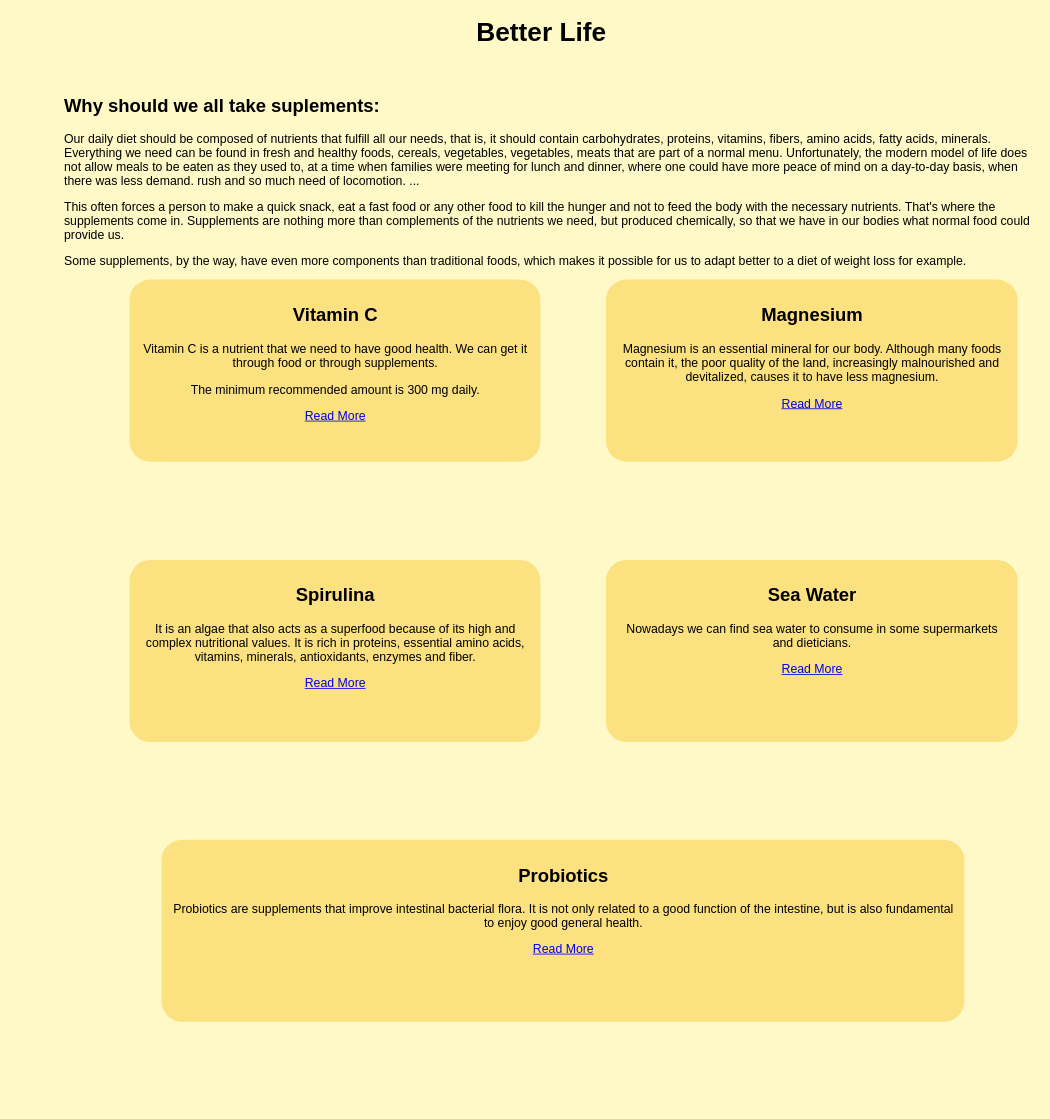
Repository: DSerenoG/Assessment2
Page: index.html
The author's editor kept a record of every edit. The page is drawn from the files as they stood at one moment, then again after the next edit.
The browser window is 1280 px wide. The pictures show the whole page, at 82% of full size.

Above is the page before.

### index.html
<!DOCTYPE html>
<html lang="en">
<head>
    <meta charset="UTF-8">
    <meta name="viewport" content="width=device-width, initial-scale=1.0">
    <meta http-equiv="X-UA-Compatible" content="ie=edge">
    <link rel="stylesheet" href="css/main.css" type="text/css" />
    <title>Document</title>
</head>
<body>


    <div id = "head">
        <ul>
             <h1>Better Life</h1>
        </ul>
    </div>

    <div id ="main_section">

        <reason style="width:40%">
            <h2>Why should we all take suplements: </h2>
            <p>Our daily diet should be composed of nutrients that fulfill all our needs, that is, it should contain carbohydrates, proteins, vitamins, fibers, amino acids, fatty acids, minerals. Everything we need can be found in fresh and healthy foods, cereals, vegetables, vegetables, meats that are part of a normal menu.
            Unfortunately, the modern model of life does not allow meals to be eaten as they used to, at a time when families were meeting for lunch and dinner, where one could have more peace of mind on a day-to-day basis, when there was less demand. rush and so much need of locomotion. <span id="dots">...</span><span id="more">
            <p>This often forces a person to make a quick snack, eat a fast food or any other food to kill the hunger and not to feed the body with the necessary nutrients.
            That's where the supplements come in. Supplements are nothing more than complements of the nutrients we need, but produced chemically, so that we have in our bodies what normal food could provide us.
            <p>Some supplements, by the way, have even more components than traditional foods, which makes it possible for us to adapt better to a diet of weight loss for example.
           </span> </p>

        </reason>

        <suplement1  id="boxes">
            <h2>Vitamin C</h2>
            <p>Vitamin C is a nutrient that we need to have good health. We can get it through food or through supplements.</p>
            <p>The minimum recommended amount is 300 mg daily.</p>
            <a href="suplement_1.html">Read More</a>
        </suplement1>

        <suplement2  id="boxes">
            <h2>Magnesium</h2>
            <p>Magnesium is an essential mineral for our body. Although many foods contain it, the poor quality of the land, increasingly malnourished and devitalized, causes it to have less magnesium.</p>
            <a href="suplement_2.html">Read More</a>

        </suplement2>

        <suplement3  id="boxes">
            <h2>Spirulina</h2>
            <p>It is an algae that also acts as a superfood because of its high and complex nutritional values. It is rich in proteins, essential amino acids, vitamins, minerals, antioxidants, enzymes and fiber.</p>
             <a href="suplement_3.html">Read More</a>
        </suplement3>

        <suplement4 id="boxes">
            <h2>Sea Water</h2>
            <p>Nowadays we can find sea water to consume in some supermarkets and dieticians. </p>
            <a href="suplement_4.html">Read More</a>
        </suplement4>

        <suplement5 style="width:80%" >
            <h2>Probiotics</h2>
            <p>Probiotics are supplements that improve intestinal bacterial flora. It is not only related to a good function of the intestine, but is also fundamental to enjoy good general health.</p>
            <a href="suplement_5.html">Read More</a>
        </suplement5>

        <script type="text/javascript">
       function myFunction() {
  var dots = document.getElementById("dots");
  var moreText = document.getElementById("more");
  var btnText = document.getElementById("myBtn");

  if (dots.style.display === "none") {
    dots.style.display = "inline";
    btnText.innerHTML = "Read more";
    moreText.style.display = "none";
  } else {
    dots.style.display = "none";
    btnText.innerHTML = "Read less";
    moreText.style.display = "inline";
  }
}
        </script>

    </div>
</body>
</html>

### css/main.css
#head{
    text-align: center;
    margin-bottom: 1%;
    font-family: arial;
}

body{
    background-color:#FEF9C7;
}

#main_section{
    font-size: 15px;
    font-family: arial;
    margin-left: 70px;
}

reason{
    margin-bottom: 3%;
    padding: 1%;
}


suplement5{
    margin: auto;
    padding:1%;
    text-align: center;
    font-size: 15px;
    float: left;
    margin-left: 10%;
    margin-right: -50%;
    margin-bottom: 10%;
    background-color:#FCE181;
    height: 25ex;
    font-family: arial;
     border-radius:25px;
}

#boxes{
    width: 40%;
    background-color:#FCE181;
    padding: 1%;
    text-align:center;
    font-size: 15px;
    float: left;
    margin-left: 80px;
    margin-bottom: 10%;
    height: 25ex;
    font-family: arial;
    border-radius:25px;

}

#b1{
    width: 40%;
    background-color:#FCE181;
    padding: 1%;
    text-align:center;
    font-size: 15px;
    float: left;

    margin-top: 1.5%;
    margin-left: 80px;
    margin-bottom: 10%;
    height: 25ex;
    font-family: arial;
    border-radius:25px;

}

#d1{
   width:90%;
    background-color:#FCE181;
    padding: 1%;
    text-align:center;
    font-size: 15px;
    float: left;
    margin-left: 3%;
    margin-bottom: 10%;
    height: auto;
    font-family: arial;
    border-radius:25px;
}

#text{
    width: 500px;
    margin:0px;
    display: inline-block;
    float:left;
}

#image{
    float:right;
    margin-right: 270px;
    margin-top: 80px;

}

#more {display: none;}


#p{
    padding-top: 300px;
    float: left;
    margin-left: 5%;
}

After the next edit:
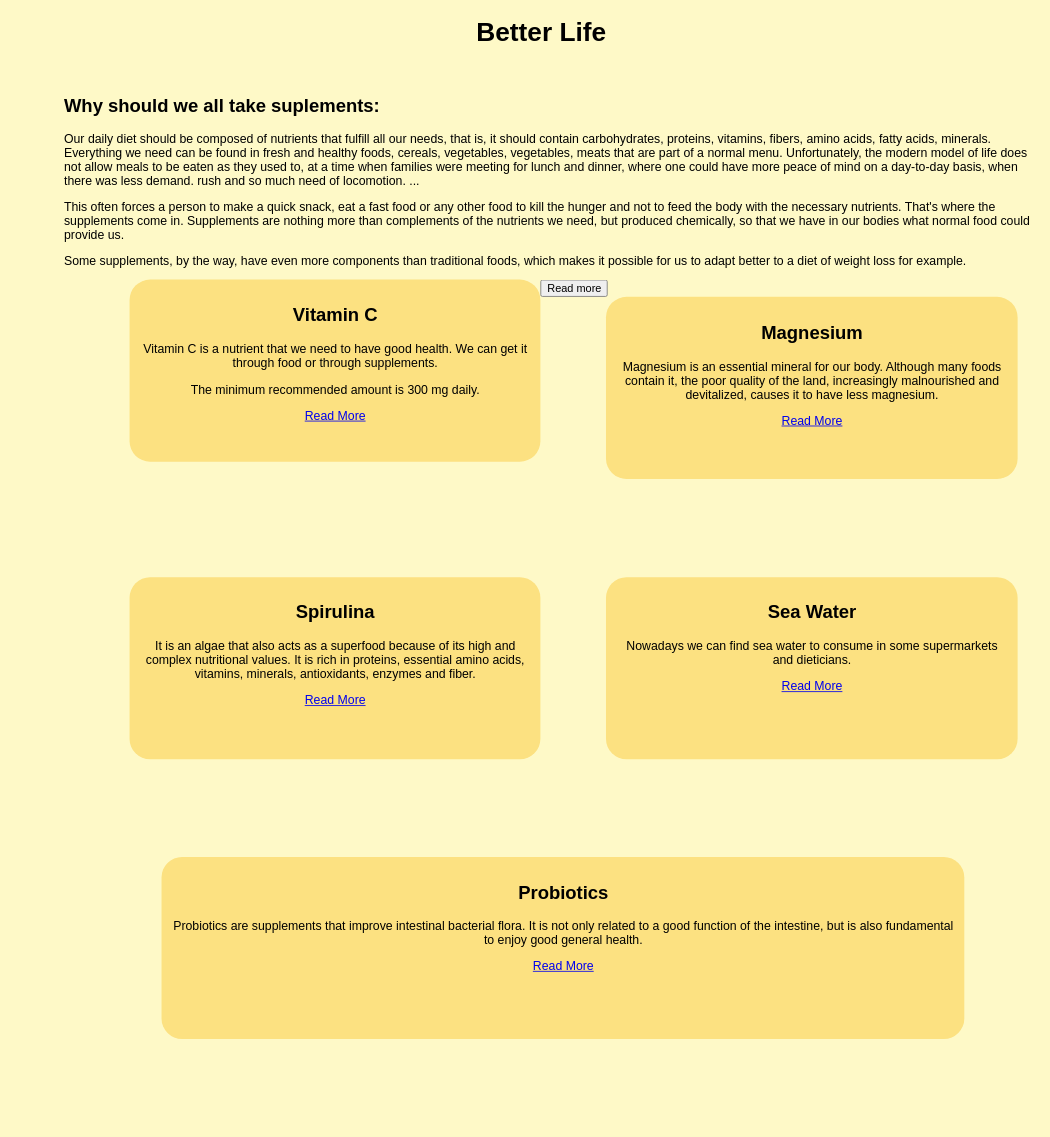
The edit:
--- a/index.html
+++ b/index.html
@@ -26,7 +26,7 @@
             That's where the supplements come in. Supplements are nothing more than complements of the nutrients we need, but produced chemically, so that we have in our bodies what normal food could provide us.
             <p>Some supplements, by the way, have even more components than traditional foods, which makes it possible for us to adapt better to a diet of weight loss for example.
            </span> </p>
-
+           <button onclick="myFunction()" id="myBtn">Read more</button>
         </reason>
 
         <suplement1  id="boxes">

After the 2 edits that followed:
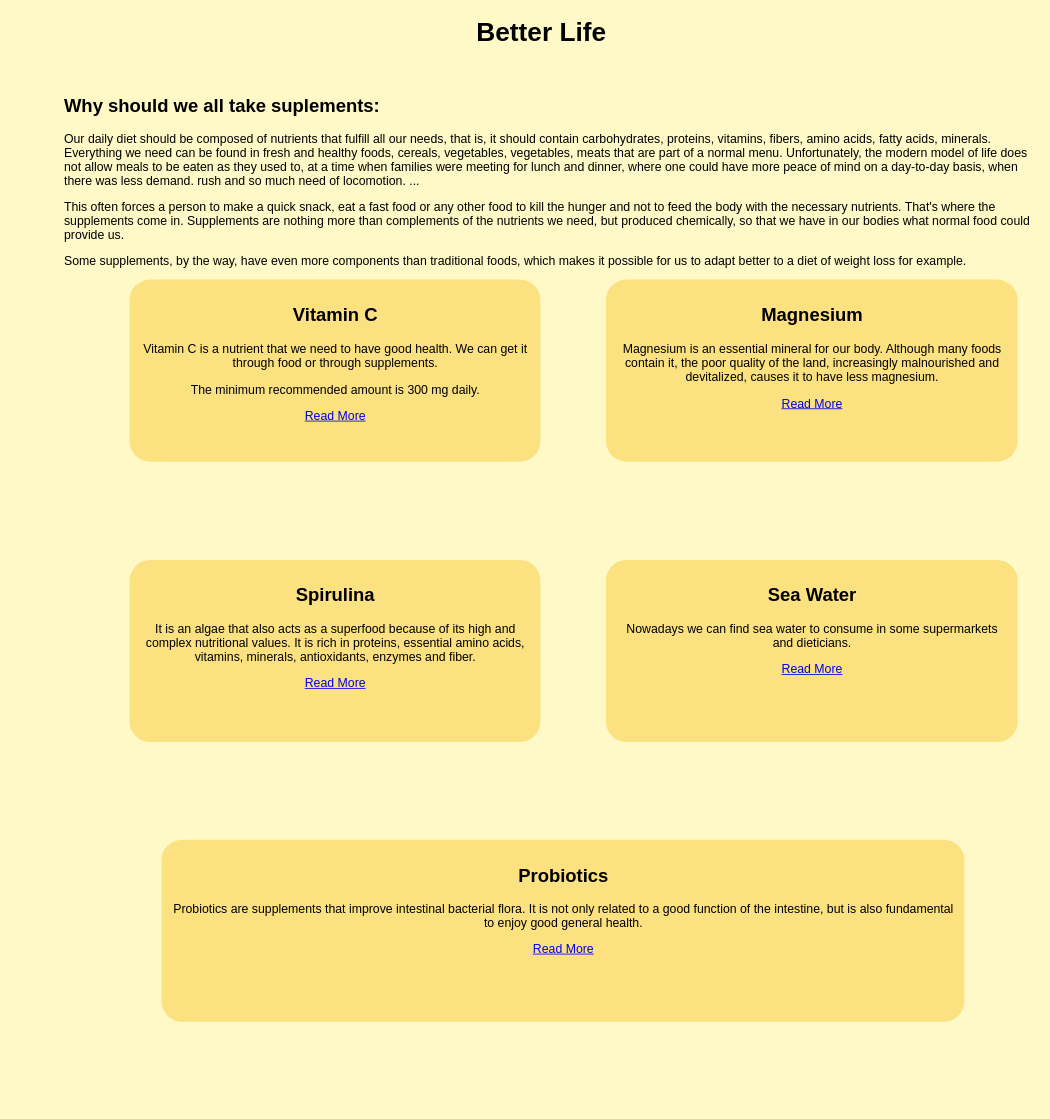
The 2 edits are shown as one change because 1 left the picture as it was.
The edit:
--- a/index.html
+++ b/index.html
@@ -26,7 +26,7 @@
             That's where the supplements come in. Supplements are nothing more than complements of the nutrients we need, but produced chemically, so that we have in our bodies what normal food could provide us.
             <p>Some supplements, by the way, have even more components than traditional foods, which makes it possible for us to adapt better to a diet of weight loss for example.
            </span> </p>
-           <button onclick="myFunction()" id="myBtn">Read more</button>
+
         </reason>
 
         <suplement1  id="boxes">
@@ -62,21 +62,21 @@
         </suplement5>
 
         <script type="text/javascript">
-       function myFunction() {
-  var dots = document.getElementById("dots");
-  var moreText = document.getElementById("more");
-  var btnText = document.getElementById("myBtn");
+        function myFunction() {
+          var dots = document.getElementById("dots");
+          var moreText = document.getElementById("more");
+          var btnText = document.getElementById("myBtn");
 
-  if (dots.style.display === "none") {
-    dots.style.display = "inline";
-    btnText.innerHTML = "Read more";
-    moreText.style.display = "none";
-  } else {
-    dots.style.display = "none";
-    btnText.innerHTML = "Read less";
-    moreText.style.display = "inline";
-  }
-}
+          if (dots.style.display === "none") {
+            dots.style.display = "inline";
+            btnText.innerHTML = "Read more";
+            moreText.style.display = "none";
+          } else {
+            dots.style.display = "none";
+            btnText.innerHTML = "Read less";
+            moreText.style.display = "inline";
+          }
+        }
         </script>
 
     </div>
